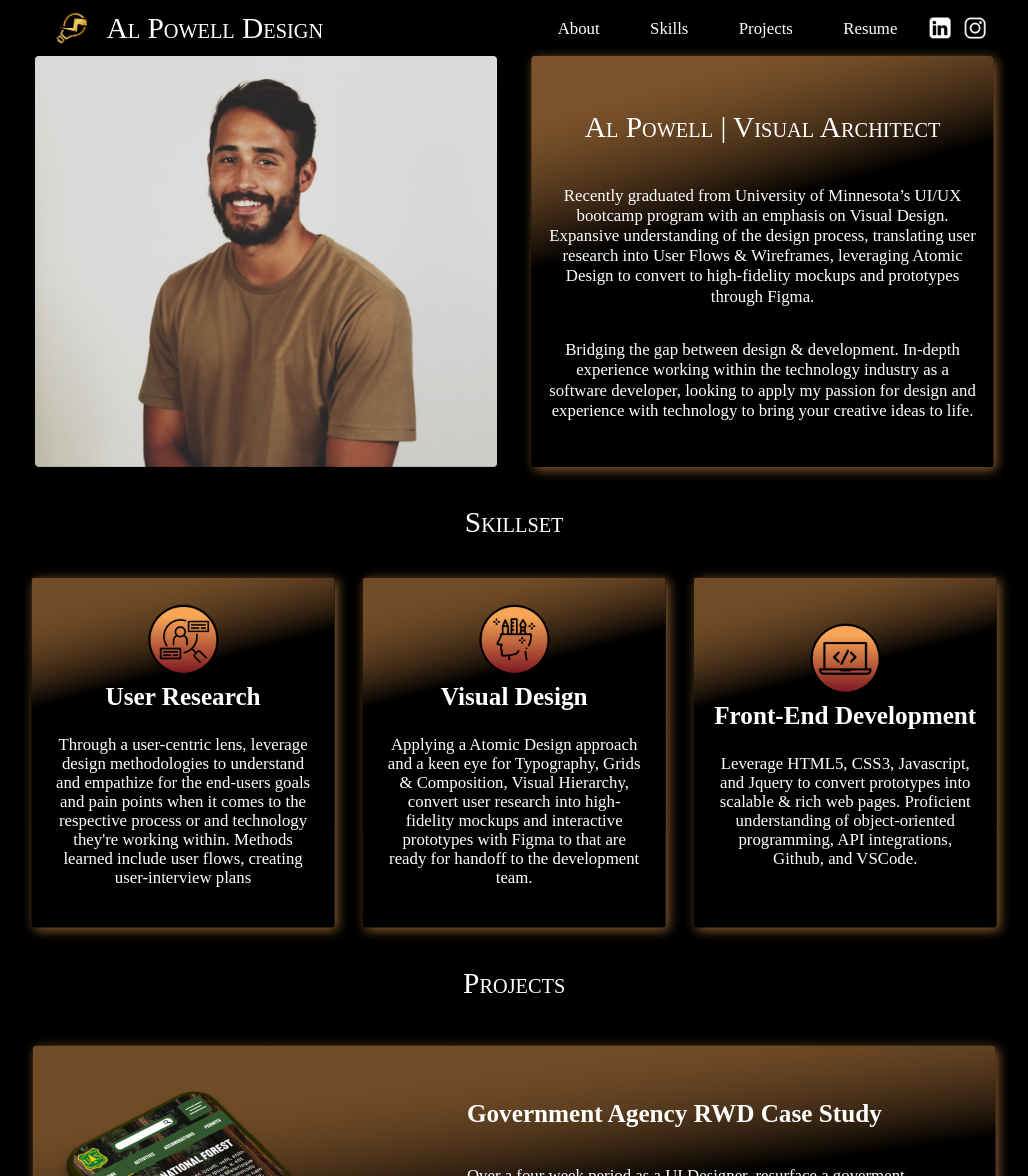
Repository: alpowell24/UX_UI_HW_19
Page: index.html
These files come from the project's save history. The page is drawn as it stood at one moment and after the next save; the edit follows.
The browser window is 1280 px wide. The page is 1469 px wide, so the pictures cover 1469 px, including what lies to the right of the window. The pictures show the part of the page from y = 0 to 1680 px (the page is 2738 px tall), at 70% of full size.
Some web fonts or font styles are not loaded; a fallback is used.

Above is the page before, as saved 2022-03-07 19:33:10.

After the next save:
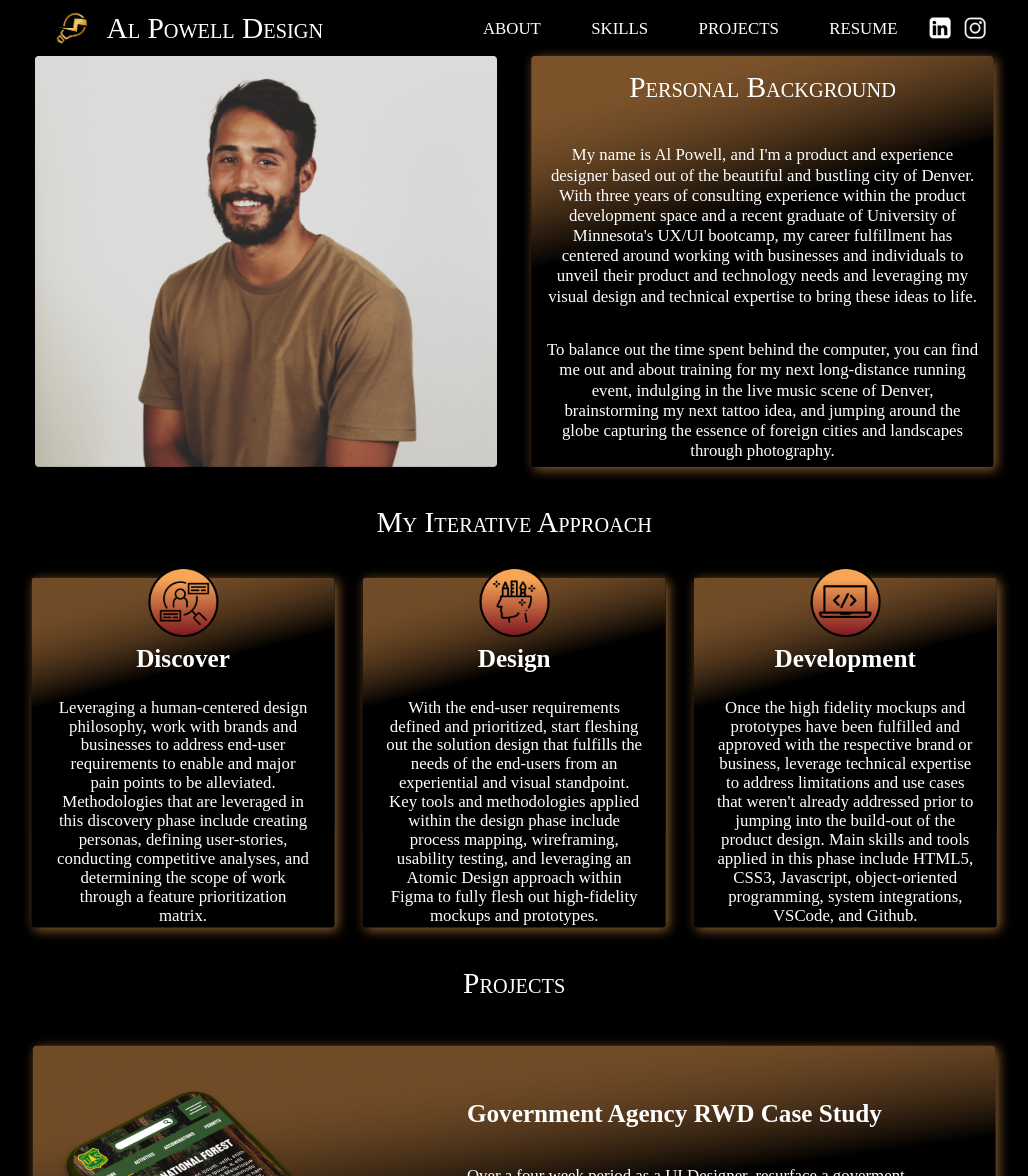
Saved 84 days later.
--- a/index.html
+++ b/index.html
@@ -6,7 +6,10 @@
     <script src="https://ajax.googleapis.com/ajax/libs/jquery/3.5.1/jquery.min.js"></script>
     <link rel="preconnect" href="https://fonts.gstatic.com">
     <link href="https://fonts.googleapis.com/css2?family=Fugaz+One&display=swap" rel="stylesheet">
-    <meta name="viewport" content="width=device-width, initial-scale=1.0">
+    <link rel="preconnect" href="https://fonts.googleapis.com">
+    <link rel="preconnect" href="https://fonts.gstatic.com" crossorigin>
+    <link href="https://fonts.googleapis.com/css2?family=Nunito:wght@200;400&display=swap" rel="stylesheet">
+    <meta name="viewport" content="width=device-width">
 </head>
 
 <body id="topOfPage" class="fadeIn">
@@ -21,10 +24,10 @@
         </div>
         <div class="navigationRight">
             <nav>
-                <a href="#" dataPage="topOfPage">About</a>
-                <a href="#" dataPage="skillsSection">Skills</a>
-                <a href="#" dataPage="caseStudySection">Projects</a>
-                <a>Resume</a>
+                <a href="#" dataPage="topOfPage">ABOUT</a>
+                <a href="#" dataPage="skillsSection">SKILLS</a>
+                <a href="#" dataPage="caseStudySection">PROJECTS</a>
+                <a>RESUME</a>
             </nav>
             <div class="social">
                 <a href="https://www.linkedin.com/in/alexander-powell-710397b8/" target="_blank">
@@ -58,40 +61,48 @@
             <img src="./images/me;).png">
         </div>
         <div class="heroBio">
-            <h1>Al Powell | Visual Architect</h1>
-            <p>Recently graduated from University of Minnesota’s UI/UX bootcamp program with an emphasis on Visual
-                Design. Expansive understanding of the design process, translating user research into User Flows &
-                Wireframes, leveraging Atomic Design to convert to high-fidelity mockups and prototypes through Figma.
+            <h1>Personal Background</h1>
+            <p>My name is Al Powell, and I'm a product and experience designer based out of the beautiful and bustling
+                city of Denver. With three
+                years of consulting experience within the product development space and a recent graduate of University
+                of Minnesota's UX/UI bootcamp, my career fulfillment has centered around working with businesses and
+                individuals to unveil their product and technology needs and leveraging my visual design and
+                technical expertise to bring these ideas to life.
             </p>
-            <p>Bridging the gap between design & development. In-depth experience working within the technology
-                industry as a software developer, looking to apply my passion for design and experience with technology
-                to bring your creative ideas to life.</p>
+            <p>To balance out the time spent behind the computer, you can find me out and about training
+                for my next long-distance running event, indulging in the live music scene of Denver, brainstorming my
+                next tattoo idea, and jumping around the globe capturing the essence of foreign cities and landscapes
+                through photography.</p>
         </div>
     </div>
     <div id="skillsSection">
-        <h1>Skillset</h1>
+        <h1>My Iterative Approach</h1>
         <div id="skillsComponents">
             <div id="userResearch" class="slideinleft skillsComponent">
                 <img src=./images/userResearchIcon.png>
-                <h2>User Research</h2>
-                <p>Through a user-centric lens, leverage design methodologies to understand and empathize for the
-                    end-users goals and pain points when it comes to the respective process or and technology they're
-                    working within. Methods
-                    learned include user flows, creating user-interview plans</p>
+                <h2>Discover</h2>
+                <p>Leveraging a human-centered design philosophy, work with brands and businesses to address end-user
+                    requirements to enable and major pain points to be alleviated. Methodologies that are leveraged in
+                    this discovery phase include creating personas, defining user-stories, conducting competitive
+                    analyses, and determining the scope of work through a feature prioritization matrix.</p>
             </div>
             <div id="visualDesign" class="slideinleft skillsComponent">
                 <img src=./images/visualDesignIcon.png>
-                <h2>Visual Design</h2>
-                <p>Applying a Atomic Design approach and a keen eye for Typography, Grids & Composition, Visual
-                    Hierarchy, convert user research into high-fidelity mockups and interactive prototypes with Figma to
-                    that are ready for handoff to the development team.</p>
+                <h2>Design</h2>
+                <p>With the end-user requirements defined and prioritized, start fleshing out the solution design that
+                    fulfills the needs of the end-users from an experiential and visual standpoint. Key tools and
+                    methodologies applied within the design phase include process mapping, wireframing, usability
+                    testing, and leveraging an Atomic Design approach within Figma to fully flesh out high-fidelity
+                    mockups and prototypes.</p>
             </div>
             <div id="frontEndDevelopment" class="slideinleft skillsComponent">
                 <img src=./images/codingIcon.png>
-                <h2>Front-End Development</h2>
-                <p>Leverage HTML5, CSS3, Javascript, and Jquery to convert prototypes into scalable & rich
-                    web pages. Proficient understanding of object-oriented programming, API integrations, Github, and
-                    VSCode.</p>
+                <h2>Development</h2>
+                <p>Once the high fidelity mockups and prototypes have been fulfilled and approved with the respective
+                    brand or business, leverage technical expertise to address limitations and use cases that weren't
+                    already addressed prior to jumping into the build-out of the product design. Main skills and tools
+                    applied in this phase include HTML5, CSS3, Javascript, object-oriented programming, system
+                    integrations, VSCode, and Github.</p>
             </div>
         </div>
     </div>
@@ -109,7 +120,7 @@
                     Grids & Composition, Responsive Web Design, and Interactive Prototypes.</p>
                 <a href="https://www.behance.net/gallery/119302205/US-Forestry-Service-Case-Study" target="_blank">
                     <button>
-                        Learn More
+                        LEARN MORE
                     </button>
                 </a>
 
@@ -126,7 +137,7 @@
                     apply a cutting edge design & streamline paths of involvement to flesh out the non-profits overall
                     mission and establish the connection between organization and volunteer community. </p>
                 <a href="https://www.behance.net/gallery/121337575/NWRA-Website-Redesign" target="_blank">
-                    <button>Learn More</button>
+                    <button>LEARN MORE</button>
                 </a>
             </div>
             <div id="caseStudyImage2Desktop">
